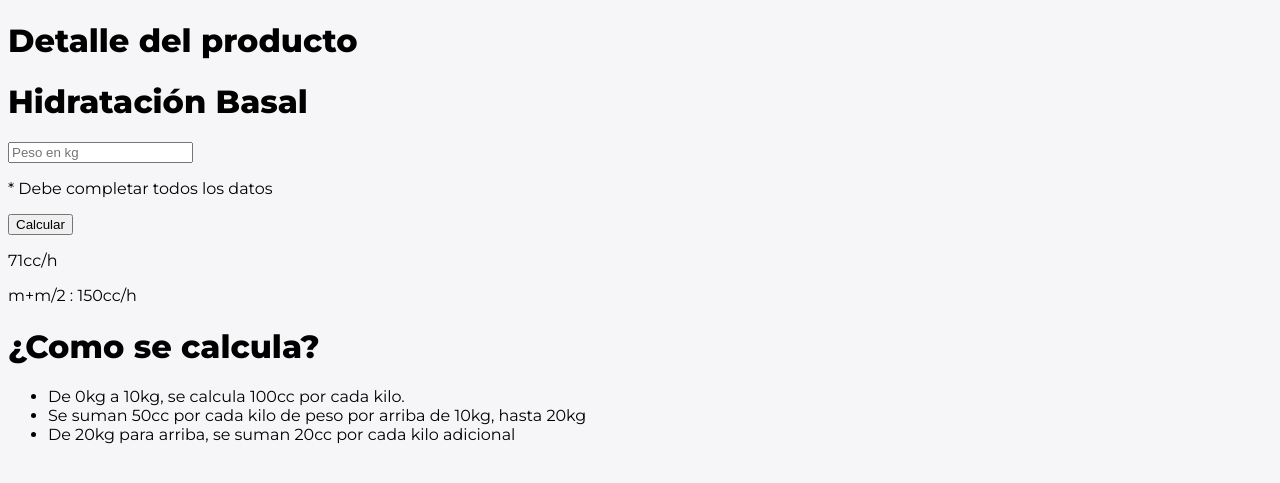
Repository: Fredy452/calculadora_basal
Page: index.html
The author's editor kept a copy of each file at every save. The page is drawn from the files as they stood at one save, then again after the next save.
The browser window is 1280 px wide. The pictures show the whole page.

Above is the page before, as saved 2023-04-21 07:11:54.

After the next save:
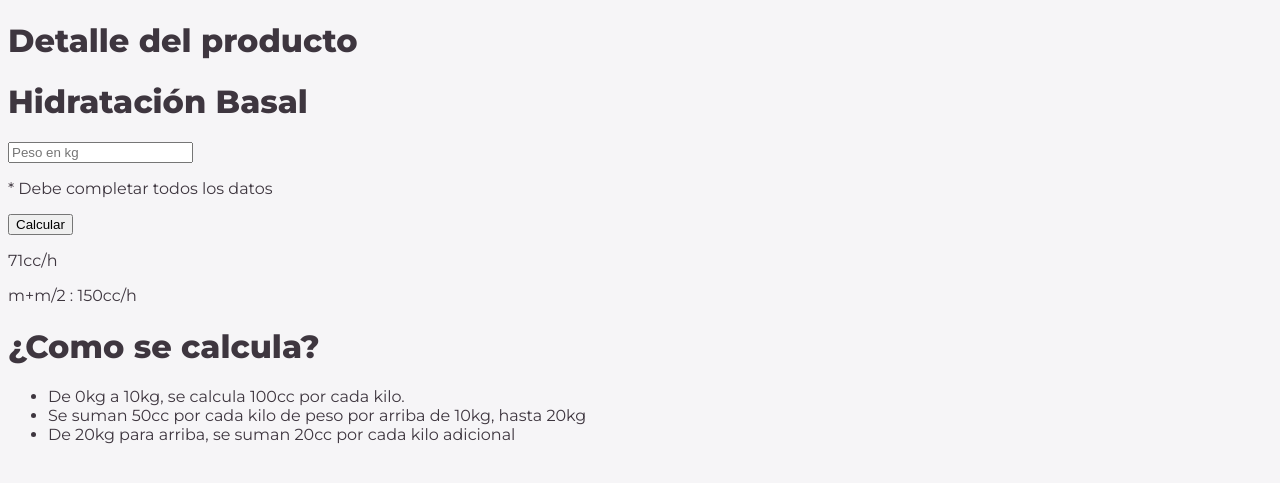
Saved 10 s later.
--- a/style.css
+++ b/style.css
@@ -3,5 +3,5 @@
 body{
     font-family: 'Montserrat', sans-serif;
     background: #f6f5f7;
-    color: 3E363F;
+    color: #3E363F;
 }
